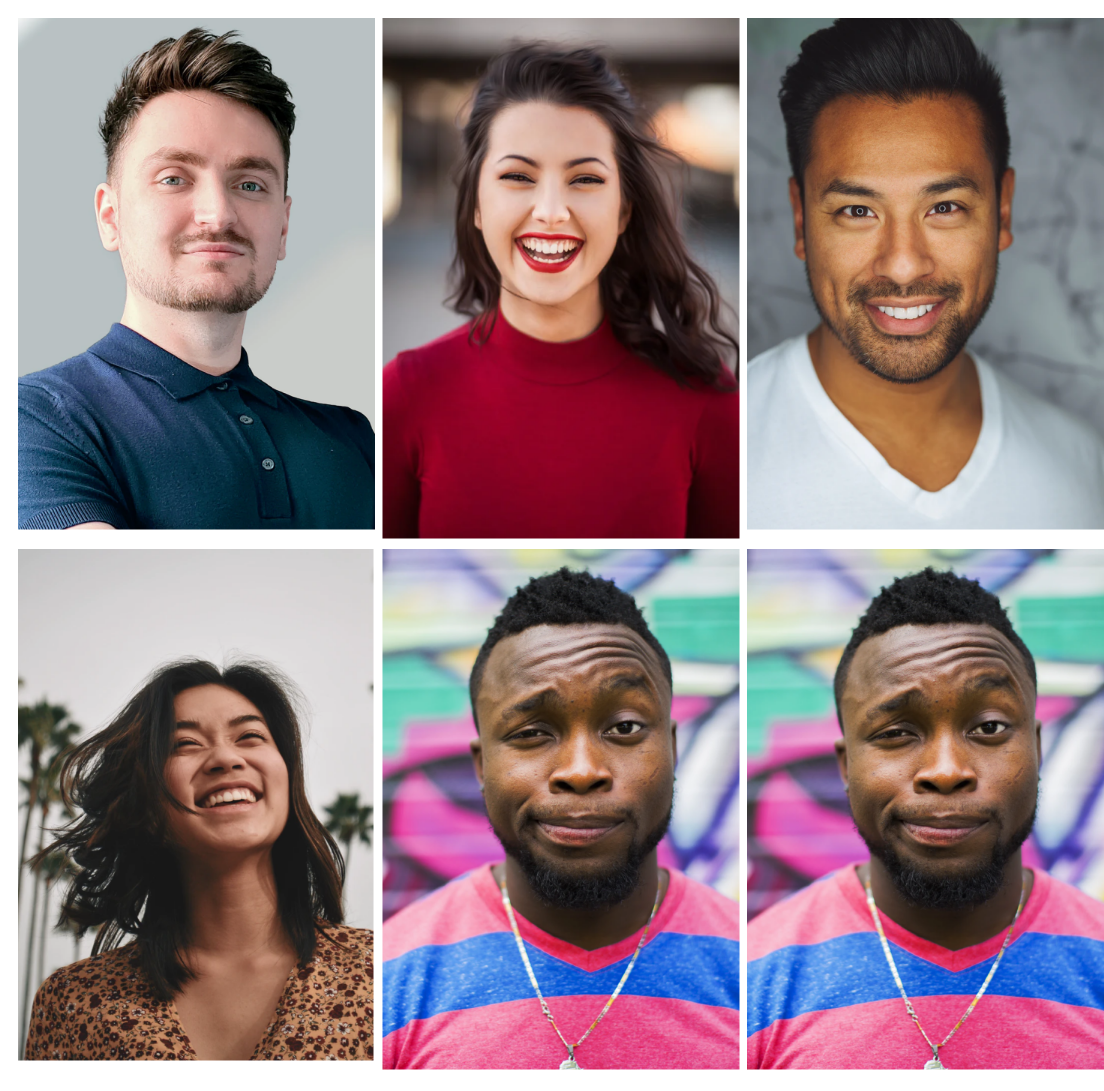
Repository: georgisenze/my-team-page-challeng
Page: index.html
These files come from the project's save history. The page is drawn as it stood at one moment and after a run of saves; the edit follows.
The browser window is 1280 px wide. The page is 1472 px wide, so the pictures cover 1472 px, including what lies to the right of the window. The pictures show the whole page, at 75% of full size.

Above is the page before, as saved 2023-02-22 21:52:13.

After the next 2 saves:
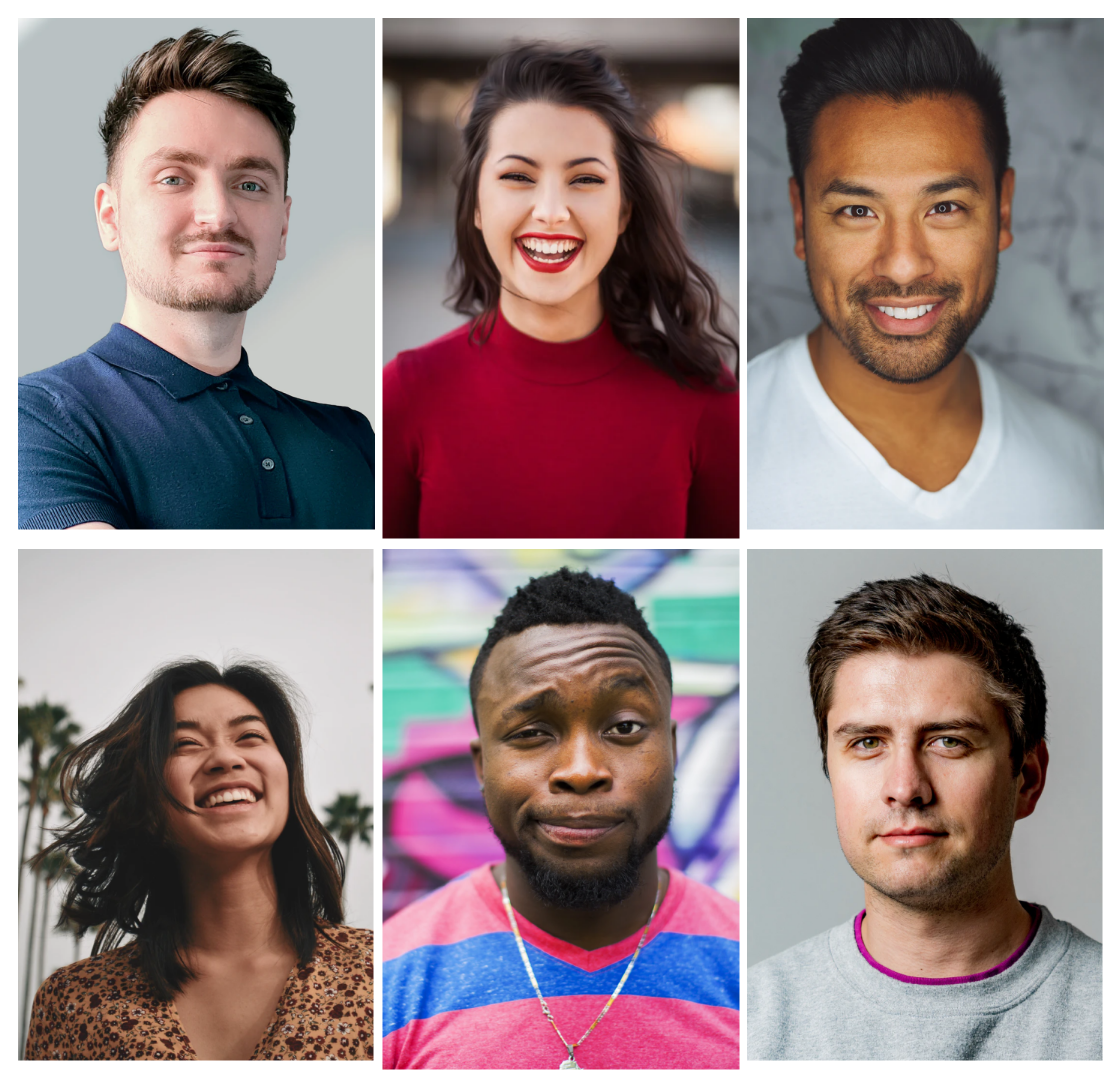
The 2 saves are shown as one change because they came seconds apart.
The last was saved 6 s later.
--- a/index.html
+++ b/index.html
@@ -26,7 +26,7 @@
             <img src="assets/img/photo5.png" alt="">
         </div>
         <div class="box">
-            <img src="assets/img/photo5.png" alt="">
+            <img src="assets/img/photo6.png" alt="">
         </div>
       </div>
 </body>
